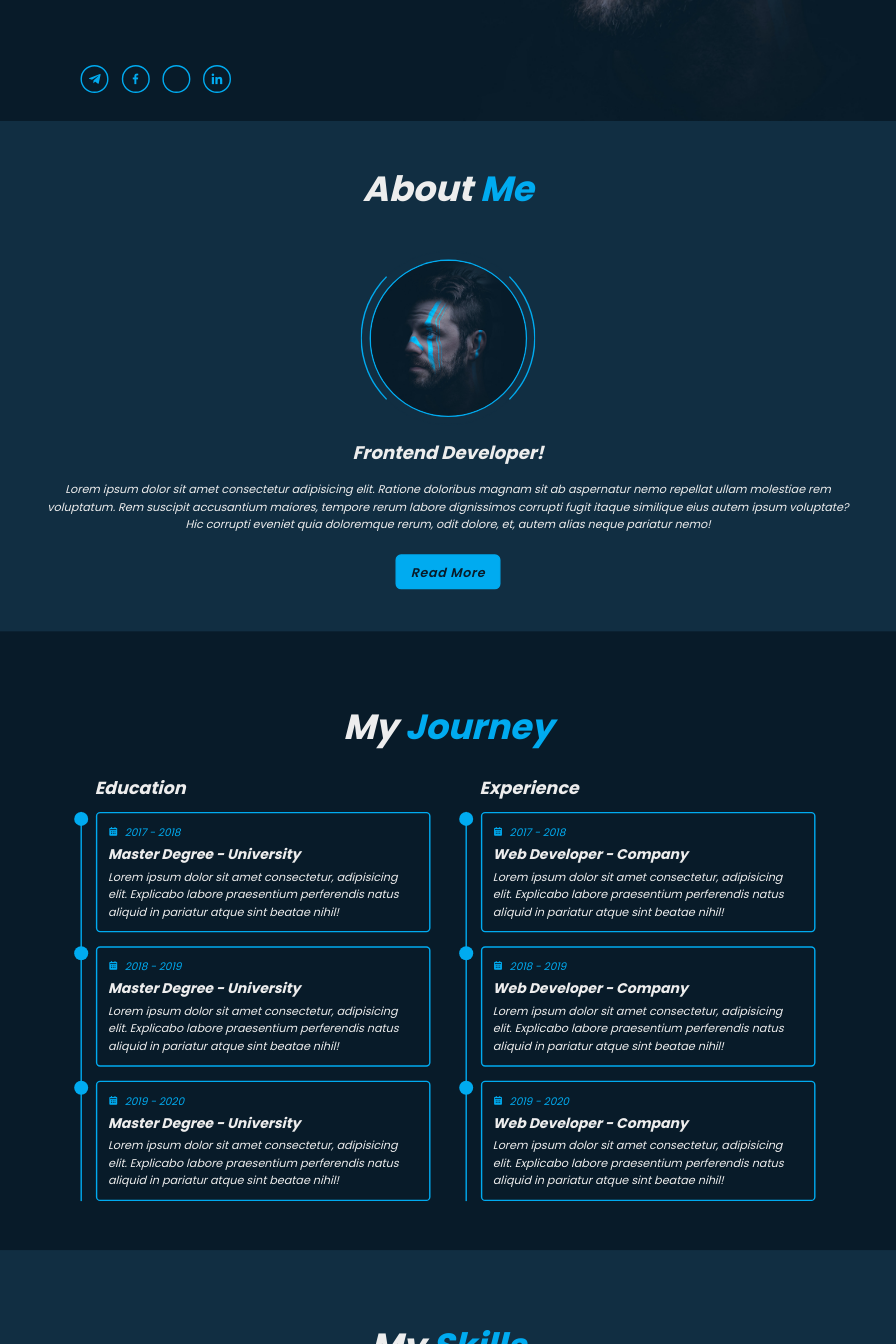
Repository: whoami2991/Sardor-Portfolio
Page: index.html
The author's editor kept a copy of each file at every save. The page is drawn from the files as they stood at one save, then again after the next save.
The browser window is 1280 px wide. The pictures show the part of the page from y = 547 to 2467 px (the page is 3867 px tall), at 70% of full size.

Above is the page before, as saved 2024-08-29 02:30:22.
Console error: ReferenceError: documant is not defined

After the next save:
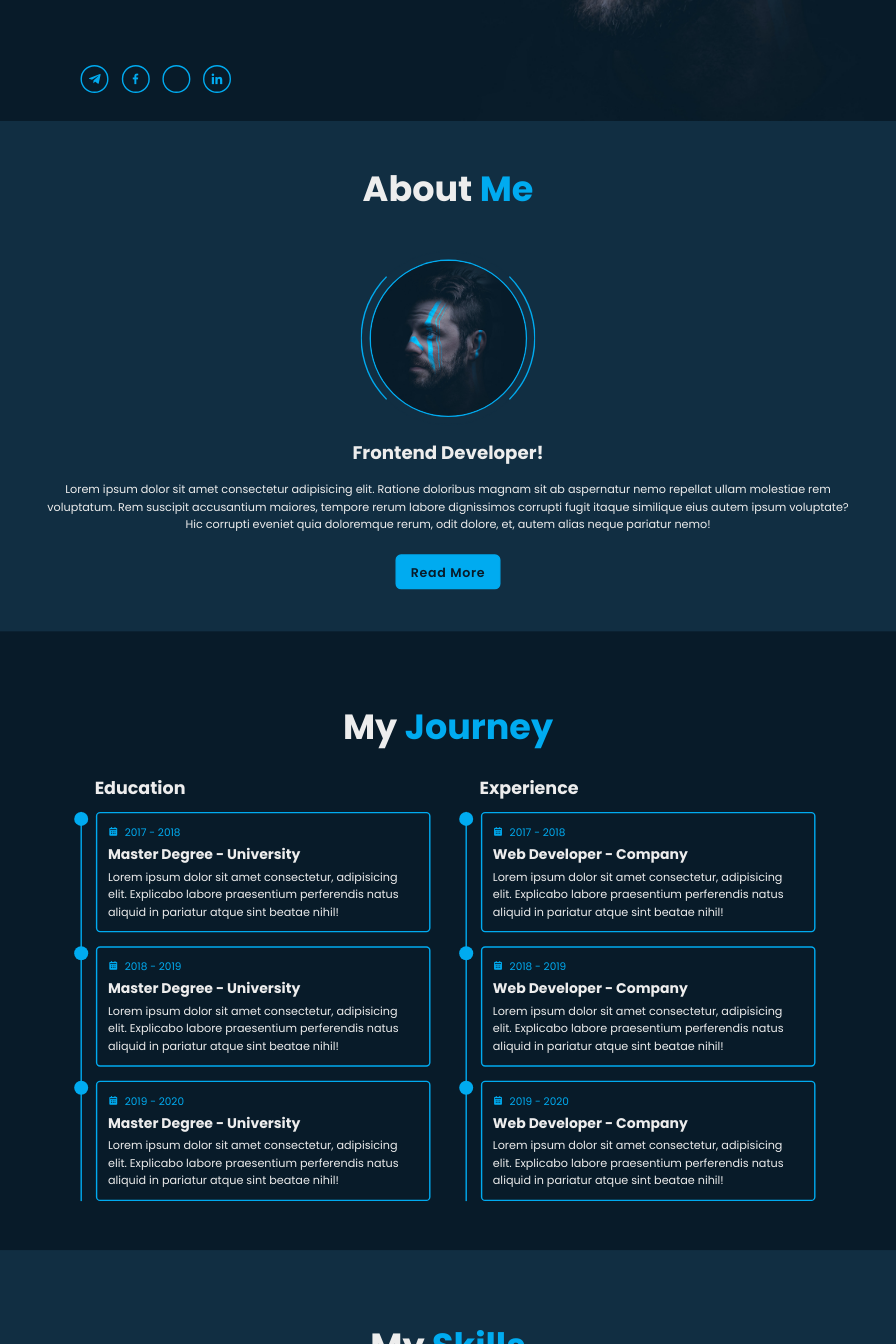
Saved 20 min 45 s later.
--- a/index.html
+++ b/index.html
@@ -47,7 +47,7 @@
         <div class="home-sci">
             <a href="https://t.me/ism018"><i class='bx bxl-telegram' ></i></a>
             <a href="https://facebook.com/sardorbek.ismoilov.545"><i class='bx bxl-facebook' ></i></a>
-            <a href="https://twitter.com/Snuff_018"><i class="fa-brands fa-x-twitter"></a>
+            <a href="https://twitter.com/Snuff_018"><i class="fa-brands fa-x-twitter"></i></a>
             <a href="https://linkedin.com/in/sardor-ismoilov"><i class='bx bxl-linkedin' ></i></a>
         </div>
 
